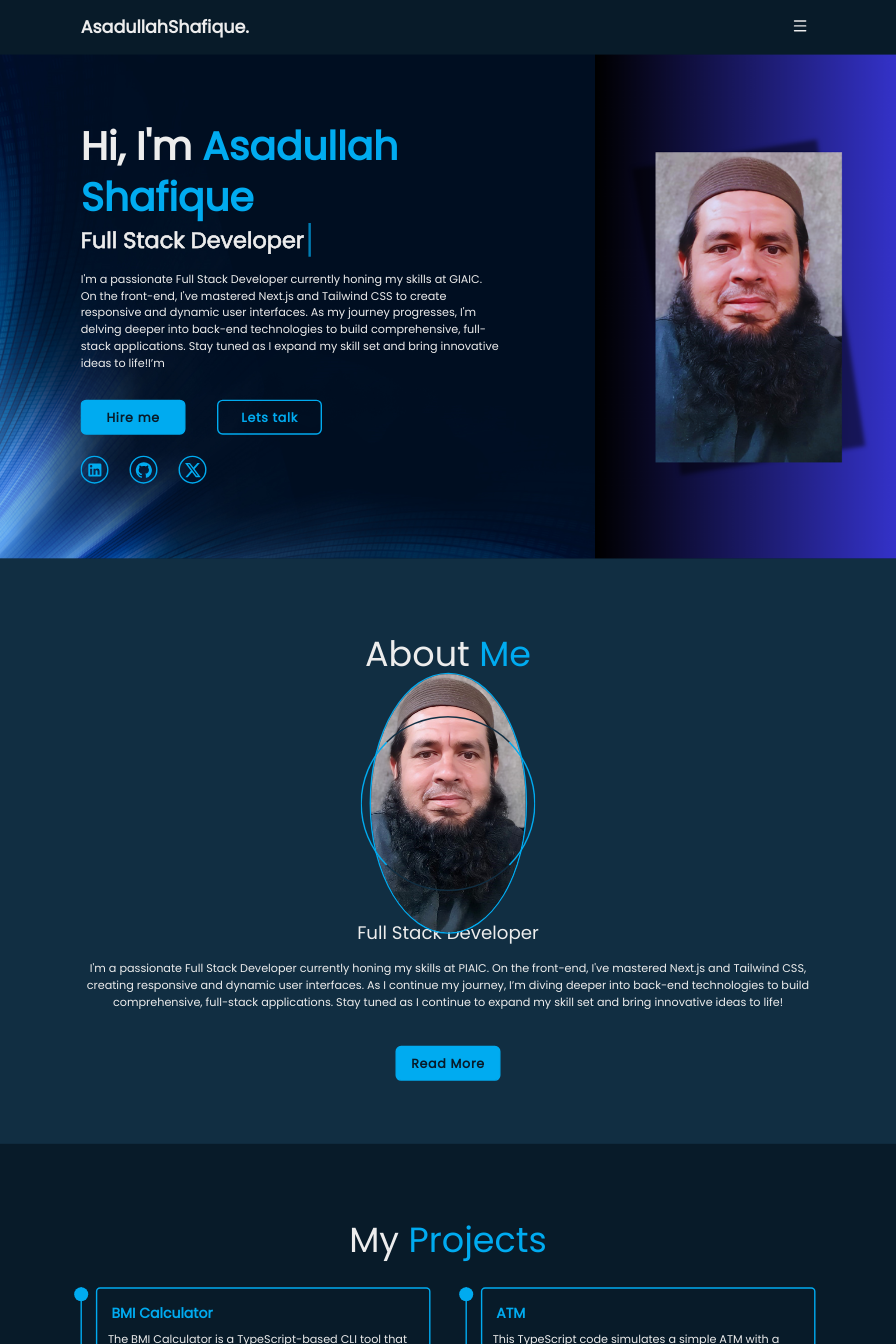
Repository: asadullah48/nextjs_projects_portfolio
Page: /
An editor plug-in stored every save of this project. The page is shown before and after a run of saves, followed by the edit.
The browser window is 1280 px wide. The pictures show the part of the page from y = 0 to 1920 px (the page is 4234 px tall), at 70% of full size.
The project was rebuilt for these pictures with package versions that can differ from the ones it lists, and the page was loaded fresh each time. The framework's server and built-in components were replaced by stand-ins that run in the browser. Also part of the build but not shown: next.config.ts.

Above is the page before, as saved 2024-11-13 13:36:20.

After the next 3 saves:
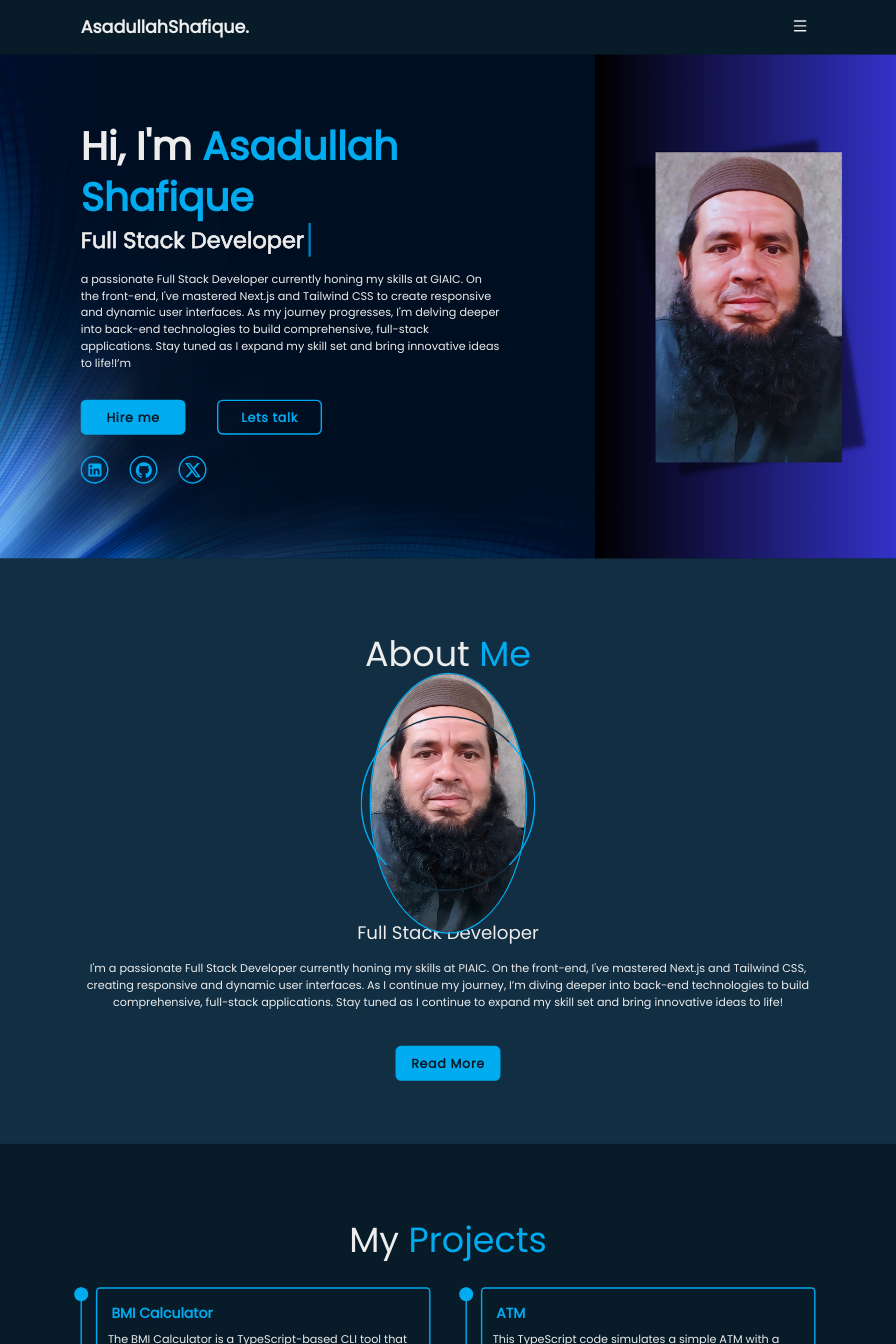
The 3 saves are shown as one change because they came seconds apart.
The last was saved 20 s later.
--- a/src/app/page.tsx
+++ b/src/app/page.tsx
@@ -132,7 +132,7 @@ active:text-[var(--main-color)]"
             <h3>Full Stack Developer</h3>
           </div>
           <p>
-          I'm a passionate Full Stack Developer currently honing my skills at GIAIC.
+           a passionate Full Stack Developer currently honing my skills at GIAIC.
           On the front-end, I've mastered Next.js and Tailwind CSS to create responsive and dynamic user interfaces.
            As my journey progresses, I'm delving deeper into back-end technologies to build comprehensive, full-stack applications.
            Stay tuned as I expand my skill set and bring innovative ideas to life!I’m
